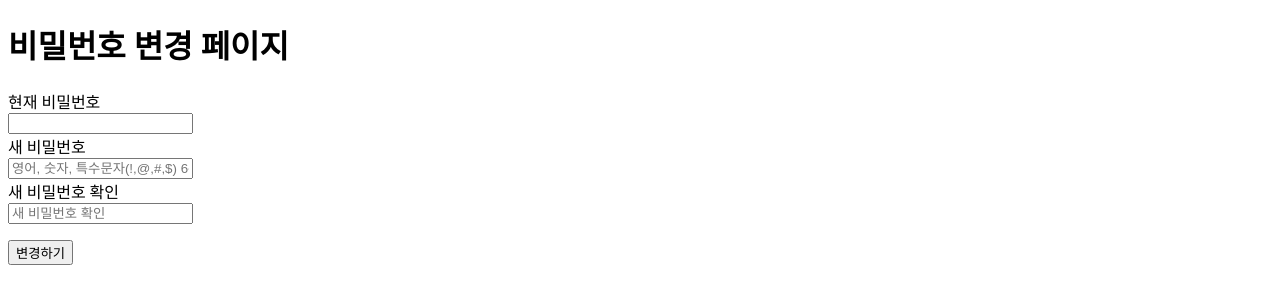
Repository: Godzilla-Man/codingStudy
Page: http://localhost/server_06_notice/member/pwChgFrm
An editor plug-in stored every save of this project. The page is shown before and after the next save, followed by the edit.
The browser window is 1280 px wide. The pictures show the whole page.
The page is served by Tomcat 9. Other server files are loaded and not shown.

Above is the page before, as saved 2025-05-07 02:45:32.

### server_06_notice/src/main/webapp/WEB-INF/views/member/pwChg.jsp
<%@ page language="java" contentType="text/html; charset=UTF-8"
    pageEncoding="UTF-8"%>
<!DOCTYPE html>
<html>
<head>
<meta charset="UTF-8">
<title>Insert title here</title>
</head>
<body>
	<h1>비밀번호 변경 페이지</h1>
</body>
	<div class="wrap">
		<main class="content pw=container">
			<section class="section">
				<div class="pw-info-wrap">
					<form id="pwChgForm" action="/member/pwChg" method="post">

						<div class="input-wrap">
							<div class="input-title">
								<label for="memberPw">현재 비밀번호</label>
							</div>
							<div class="input-item">
								<%-- 서블릿에서 세션에 등록된 회원의 비밀번호와 일치하는지 검증하기 위해, name 속성 작성하여 서버로 전송 --%>
								<input type="password" id="memberPw" name="memberPw">
							</div>
						</div>

						<div class="input-wrap">
							<div class="input-title">
								<label for="newMemberPw">새 비밀번호</label>
							</div>
							<div class="input-item">
								<input type="password" id="newMemberPw" name="newMemberPw" placeholder="영어, 숫자, 특수문자(!,@,#,$) 6~30글자">
							</div>
						</div>

						<div class="input-wrap">
							<div class="input-title">
								<label for="newMemberPwRe">새 비밀번호 확인</label>
							</div>
							<div class="input-item">
								<input type="password" id="newMemberPwRe" name="newMemberPwRe" placeholder="새 비밀번호 확인">
							</div>
							<p id="pwMessage" class="input-msg"></p>
						</div>

						<div class="pw-btn">
							<button type="button" onclick="pwChg()" class="btn=primary lg">변경하기</button>
						</div>

					</form>
				</div>
			</section>
		</main>
	</div>
</html>

### server_06_notice/src/main/java/kr/or/iei/member/controller/PwChgFrmServlet.java
package kr.or.iei.member.controller;

import java.io.IOException;

import javax.servlet.RequestDispatcher;
import javax.servlet.ServletException;
import javax.servlet.annotation.WebServlet;
import javax.servlet.http.HttpServlet;
import javax.servlet.http.HttpServletRequest;
import javax.servlet.http.HttpServletResponse;

/**
 * Servlet implementation class PwChgFrmServlet
 */
@WebServlet("/member/pwChgFrm")
public class PwChgFrmServlet extends HttpServlet {
	private static final long serialVersionUID = 1L;

    /**
     * @see HttpServlet#HttpServlet()
     */
    public PwChgFrmServlet() {
        super();
        // TODO Auto-generated constructor stub
    }

	/**
	 * @see HttpServlet#doGet(HttpServletRequest request, HttpServletResponse response)
	 */
	protected void doGet(HttpServletRequest request, HttpServletResponse response) throws ServletException, IOException {
		//1. 인코딩 - 필터
		//2. 값 추출
		//3. 로직
		//4. 결과 처리
			RequestDispatcher view = request.getRequestDispatcher("/WEB-INF/views/member/pwChg.jsp");
			view.forward(request, response);
	}

	/**
	 * @see HttpServlet#doPost(HttpServletRequest request, HttpServletResponse response)
	 */
	protected void doPost(HttpServletRequest request, HttpServletResponse response) throws ServletException, IOException {
		// TODO Auto-generated method stub
		doGet(request, response);
	}

}

After the next save:
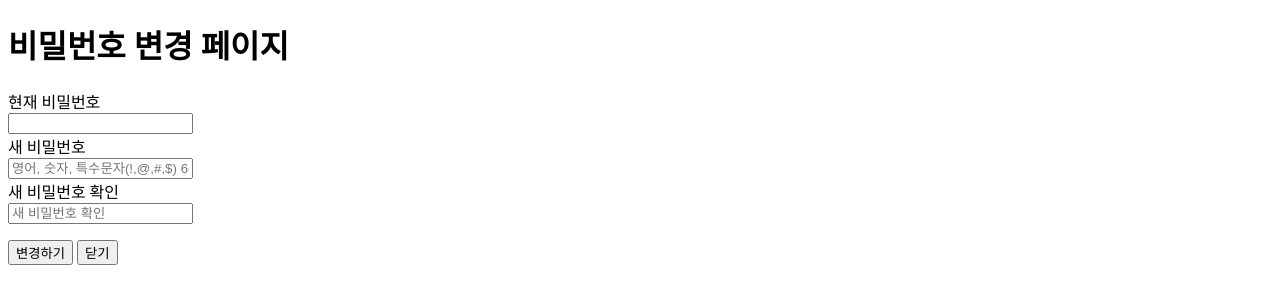
Saved 25 s later.
--- a/server_06_notice/src/main/webapp/WEB-INF/views/member/pwChg.jsp
+++ b/server_06_notice/src/main/webapp/WEB-INF/views/member/pwChg.jsp
@@ -46,6 +46,7 @@
 
 						<div class="pw-btn">
 							<button type="button" onclick="pwChg()" class="btn=primary lg">변경하기</button>
+							<button type="button" onclick="closeFn()" class="btn-secondary lg">닫기</button>
 						</div>
 
 					</form>
